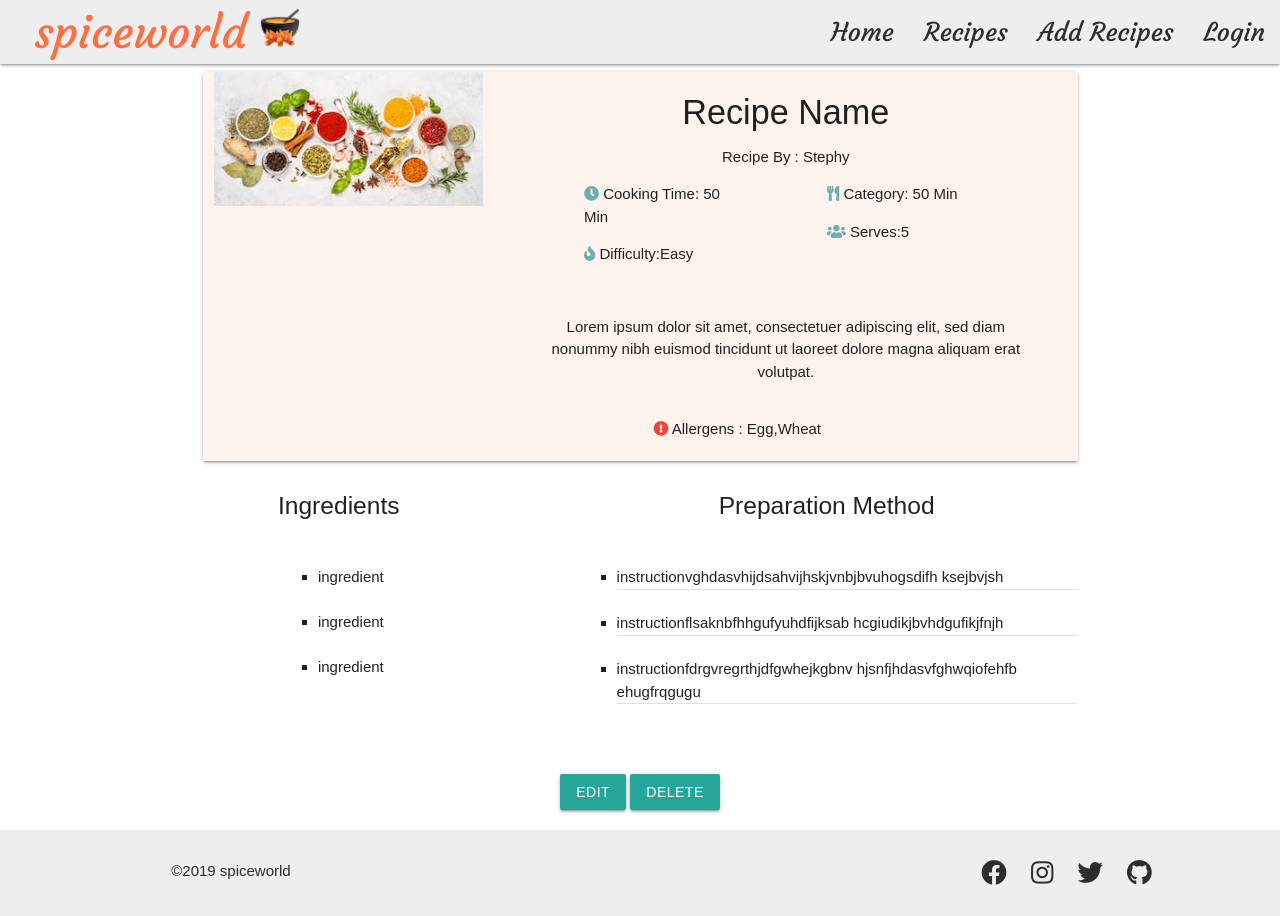
Repository: stephyraju/spiceworld
Page: templates/view.html
The author's editor kept a record of every edit. The page is drawn from the files as they stood at one moment, then again after the next edit.
The browser window is 1280 px wide. The pictures show the whole page.
Some web libraries are served in a nearby version. The page is served by the project's application, run on Flask 3 (app.py). The template is opened directly, without the code that normally fills it, so the values that code supplies are empty.

Above is the page before.

After the next edit:
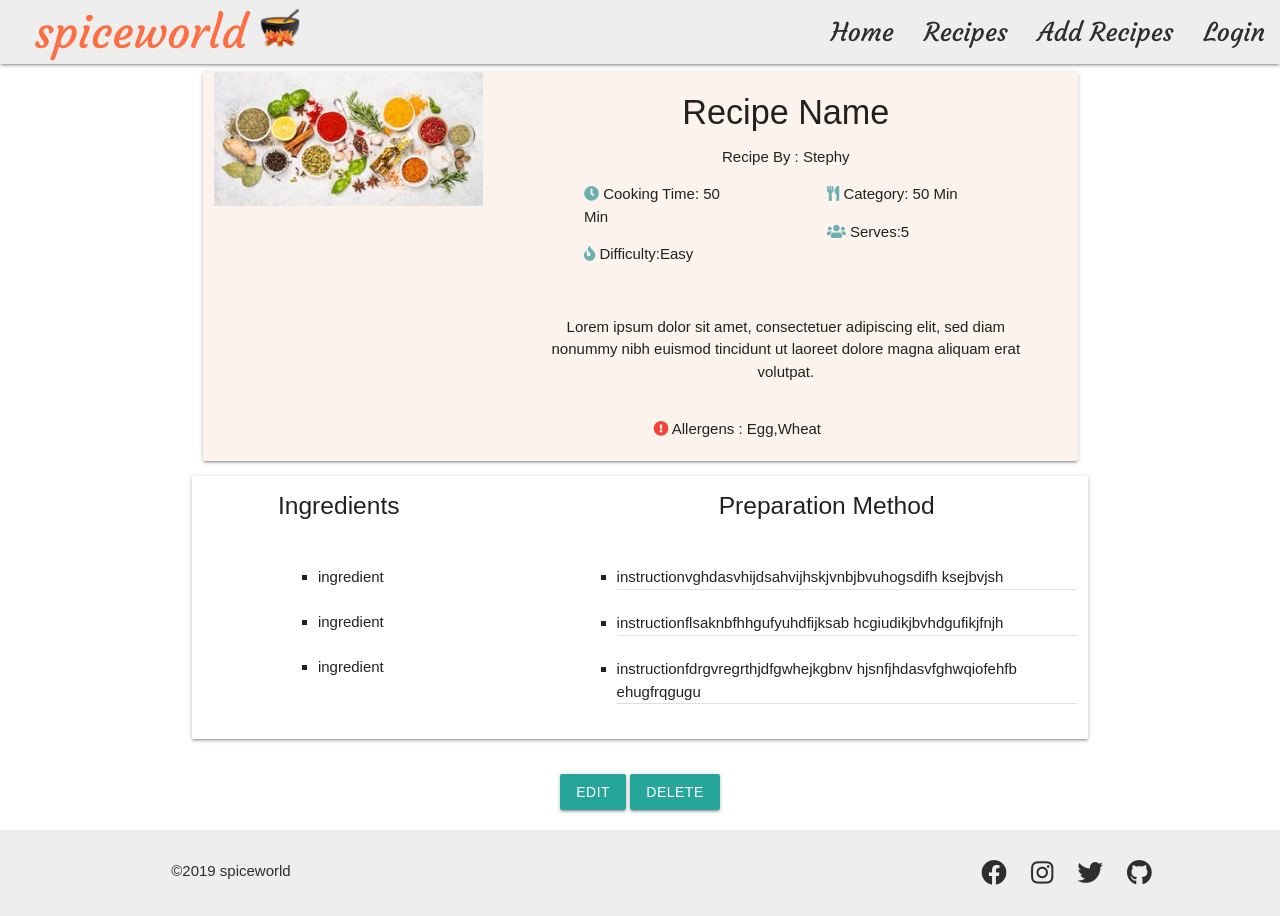
The edit:
--- a/templates/view.html
+++ b/templates/view.html
@@ -48,7 +48,7 @@
                 </div>
 </section>
 <section id="Ingredients-Preparation">
-    <div class="container">
+    <div class="container z-depth-1">
         <div class="row ">
             <!-- ingredient -->
             <div class="col s12 m4 offset-s1 offset-m1 ingredients">

After the edit that followed:
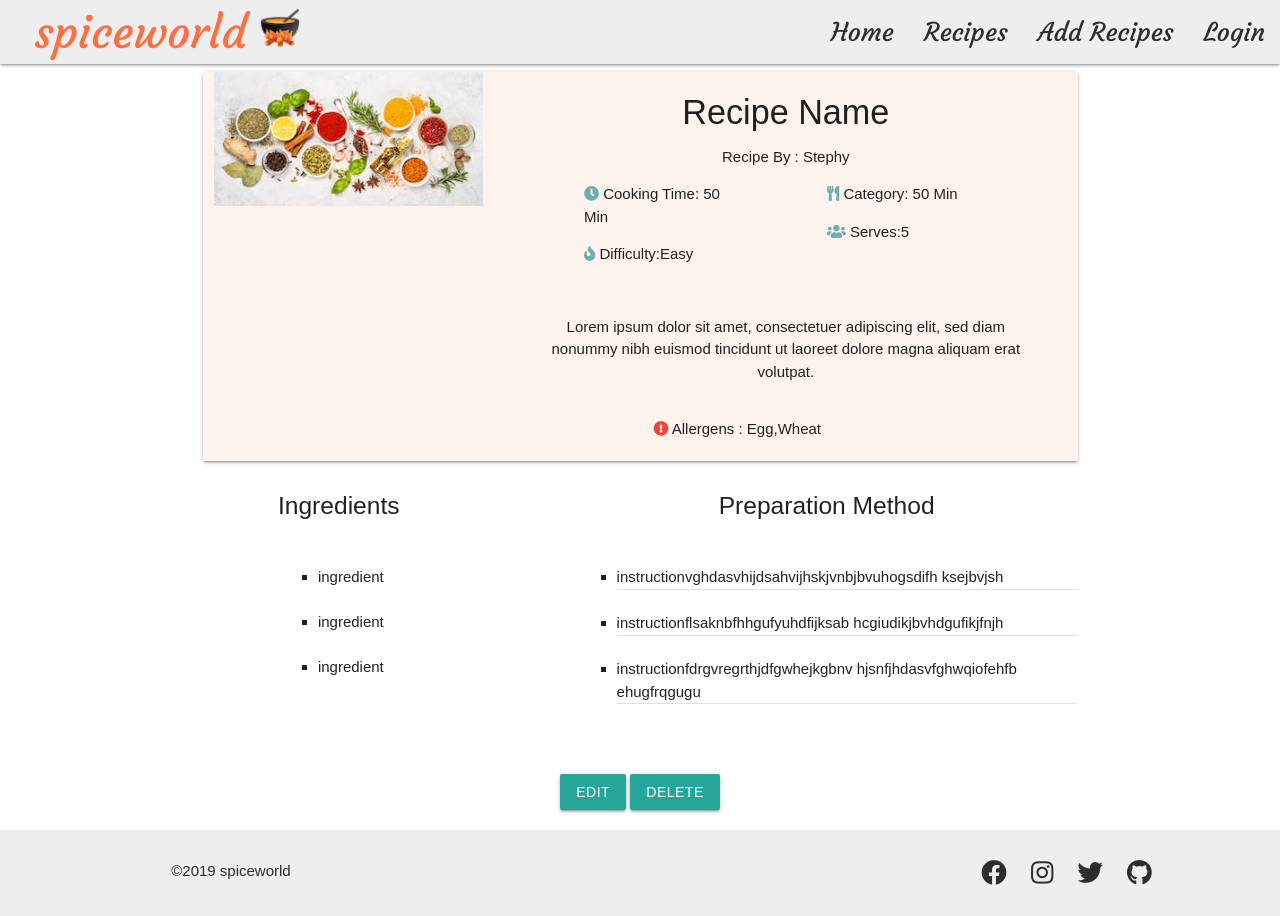
The edit:
--- a/templates/view.html
+++ b/templates/view.html
@@ -48,7 +48,7 @@
                 </div>
 </section>
 <section id="Ingredients-Preparation">
-    <div class="container z-depth-1">
+    <div class="container">
         <div class="row ">
             <!-- ingredient -->
             <div class="col s12 m4 offset-s1 offset-m1 ingredients">
